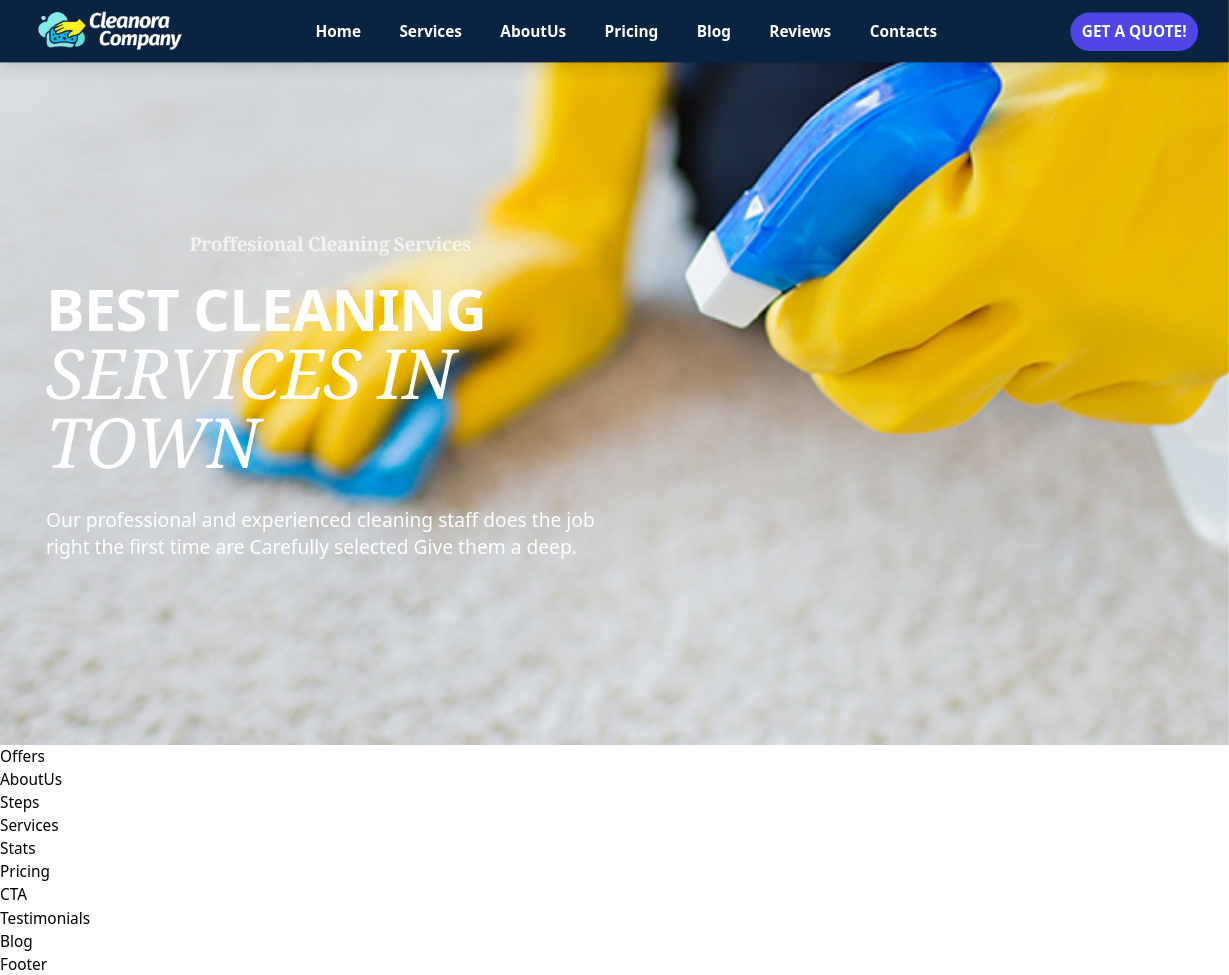
Repository: remydev47/cleonara
Page: /
An editor plug-in stored every save of this project. The page is shown before and after the next save, followed by the edit.
The browser window is 1280 px wide. The pictures show the whole page, at 96% of full size.
The project was rebuilt for these pictures with package versions that can differ from the ones it lists, and the page was loaded fresh each time. The framework's server and built-in components were replaced by stand-ins that run in the browser. Also part of the build but not shown: next.config.js.

Above is the page before, as saved 2022-11-01 12:40:47.

### pages/_app.tsx
import '../styles/globals.css'
import type { AppProps } from 'next/app'
import Header from '../components/Header'

function MyApp({ Component, pageProps }: AppProps) {
  return(
    <>
      <Header />
      <Component {...pageProps} />
    </>

  )
}

export default MyApp

### pages/index.tsx
import type { NextPage } from 'next'
import Head from 'next/head'
import Image from 'next/image'
import { AboutUs, CTA, Hero, Offers, Pricing, Services, Blog, Stats, Steps, Testimonials, Footer } from '../components'

const Home: NextPage = () => {
  return (
    <div className="">
      <Head>
        <title>CLEONARA</title>
        <link rel="icon" href="/favicon.ico" />
      </Head>
      <Hero/>
      <Offers />
      <AboutUs />
      <Steps />
      <Services />
      <Stats />
      <Pricing />
      <CTA />
      <Testimonials />
      <Blog />
      <Footer />
    </div>
  )
}

export default Home

### components/Header.tsx
import React from 'react';
import { navLinks } from '../constants';
import Menupopover from './Menupopover';
import Image from 'next/image';
import Logo from './Logo';
import { Button } from './Button';

const Header = () => {
  return (
    <header className="fixed inset-x-0 bg-[#092341] z-20 flex justify-between items-center py-2 px-2 shadow-lg dark:bg-slate-900 sm:py-3 sm:px-8">
            <div className='flex grow-0 basis-1/3 md:hidden'>
                <Menupopover />
            </div>

             <div className='flex grow-0 ml-2 justify-center md:justify-start'>
                <Logo />

            </div>


            <ul className="list-none sm:flex hidden justify-center items-center flex-1">
            {navLinks.map((nav, index) => (
                <li
                key={nav.id}
                className={`font-bold cursor-pointer text-[16px] hover:text-blue-400
                   ${index === navLinks.length - 1 ? 'mr-0' : 'mr-10'}
                  text-white `}
                >
                    <a>{nav.title}</a>
                </li>
            ))}
           </ul>

          <div>
            <Button variant='solid'>
              GET A QUOTE!
            </Button>
          </div>

        </header>
  )
}

export default Header

### components/index.ts
import Hero from "./Hero";
import Offers from "./Offers";
import AboutUs from "./AboutUs";
import Steps from "./Steps";
import Services from "./Services";
import Stats from "./Stats";
import Pricing from "./Pricing";
import CTA from "./CTA";
import Testimonials from "./Testimonials";
import Blog from "./Blog";
import Footer from "./Footer";

export {
    Hero, Offers, AboutUs, Steps, Services, Stats, Pricing, CTA, Testimonials, Blog, Footer
}

### constants/index.ts
export const navLinks=[
    {
        id:"home",
        title:"Home",
    },
    {
        id:"services",
        title:"Services",
    },
    {
        id:"AboutUs",
        title:"AboutUs",
    },
    {
        id:"pricing",
        title:"Pricing",
    },
    {
        id:"blog",
        title:"Blog",
    },
    {
        id:"reviews",
        title:"Reviews",
    },
    {
        id:"contacts",
        title:"Contacts",
    },
]

### components/Menupopover.tsx
import React, {useState, Fragment} from 'react';
import { navLinks } from '../constants';
import { IconButton, Button } from './Button';
import { Transition, Dialog } from '@headlessui/react';
import Logo from './Logo';
import Image from 'next/image';

const Menupopover = () => {
  const [isOpen, setIsOpen] = useState(false)

  return (
    <div>
    <IconButton
      variant='ghost'
      aria-label='menu'
      onClick={() => setIsOpen(!isOpen)}
    >
      <svg className='h-6 w-6 ' fill='none' stroke='currentColor'>
        <path
          strokeLinecap='round'
          strokeLinejoin='round'
          strokeWidth={2}
          d='M4 6h16M4 12h16M4 18h16'
        />
      </svg>
    </IconButton>
    <Transition
      show={isOpen}
      appear
      as={Fragment}
      enter='transform transition ease-in-out duration-300'
      enterFrom='-translate-x-full'
      enterTo='translate-x-0'
      leave='transform transition ease-in-out duration-300 delay-200'
      leaveFrom='translate-x-0'
      leaveTo='-translate-x-full'
     >
     <Dialog
       as='div'
       className={`fixed inset-0 z-50`}
       onClose={setIsOpen}
       open={isOpen}
       >
       <Transition.Child
         as={Fragment}
         enter='ease-out duration-300 delay-300'
         enterFrom='opacity-0'
         enterTo='opacity-100'
         leave='ease-in duration-200'
         leaveFrom='opacity-100'
         leaveTo='opacity-0'
       >

        <Dialog.Overlay
          className={`fixed inset-0 bg-black/20 backdrop-blur-sm dark:bg-gray-900/80`}
         />
      </Transition.Child>
       <div className={styles.dialogcontainer}>
        <a className='mx-auto mt-4 flex w-[140px] '>
          <Logo />
        </a>
        <ul
            className={styles.navWrapper2}
         >
            {navLinks.map((nav, index) => (
                <li
                 key={nav.id}
                 className={` font-bold cursor-pointer text-[16px]
                  mt-2 border-t border-slate-200 py-4 dark:border-slate-600
                  ${index === navLinks.length - 1 ? 'mr-0' : 'mb-4'}
                  text-white `}
                >
                 <a href={`#${nav.id}`}>
                    {nav.title}
                 </a>
                </li>
             ))}
         </ul>

        <IconButton
          variant='ghost'
          aria-label='close menu'
          className='absolute top-5 right-5'
          onClick={() => setIsOpen(false)}
        >
          <svg
            viewBox='0 0 10 10'
            className='h-2.5 w-2.5 overflow-visible'
            aria-hidden='true'
          >
            <path
                d='M0 0L10 10M10 0L0 10'
                fill='none'
                stroke='currentColor'
                strokeWidth='2'
                strokeLinecap='round'
              />
          </svg>
        </IconButton>
       </div>
     </Dialog>
    </Transition>
  </div>
  )
}

export default Menupopover;

const styles ={
  dialogcontainer:`fixed top-0 bottom-0 left-0 w-full max-w-xs rounded-r-xl bg-[#092341] p-6 shadow-lg dark:bg-gray-800`,
  menuitems:`group relative flex h-9 items-center oveflow-hidden rounded-md hover:bg-slate-200/50`,
  navWrapper2:`list-none flex flex-col justify-end items-center flex-1`,
}

### components/Logo.tsx
import React from 'react'
import Image from 'next/image'

const Logo = () => {
  return (
    <div>
        <Image
          src='/images/logo.png'
          alt='Cleonara'
          height={80}
          width={150}
        />
    </div>
  )
}

export default Logo

### components/Button/index.tsx
import React, { forwardRef } from "react";
//import { __DEV__ } from "../../utils/assertions";

type BaseButtonProps = Omit<React.HTMLProps<HTMLButtonElement>, "size">;

/* === Button Element === */

export interface ButtonProps extends BaseButtonProps {
  children: React.ReactNode;
  fullWidth?: boolean;
  className?: string;
  variant?: "solid" | "outline" | "ghost";
  size?: "sm" | "md" | "lg";
  as?: string;
  isExternal?: boolean;
  type?: "button" | "submit" | "reset";
}

export const Button = forwardRef<HTMLButtonElement, ButtonProps>(
  (
    {
      children,
      variant = "solid",
      size = "md",
      fullWidth = false,
      className,
      as = "button",
      isExternal = false,
      ...rest
    },
    ref
  ) => {
    let tempClassNames: string[] = [];

    const sharedClasses = [
      "capitalize",
      "focus:outline-none",
      "focus:ring-2",
      "focus:ring-indigo-400",
      "focus:ring-offset-2",
      "focus:ring-offset-indigo-50",
      "font-semibold",
      "rounded-full",
      "inline-flex",
      "flex-shrink-0",
      "items-center",
      "justify-center",
      "transition-colors",
      "ease-in-out",
      "duration-500",
    ];

    if (fullWidth) sharedClasses.push("w-full");

    // handle variants
    let btnSolid = ["bg-indigo-600", "hover:bg-indigo-700", "text-white"];
    let btnOutline = [
      "dark:text-white",
      "hover:text-indigo-700",
      "hover:dark:text-indigo-700",
      "bg-transparent",
      "hover:bg-indigo-50",
      "border",
      "border-indigo-600",
    ];
    let btnGhost = [
      "bg-transparent",
      "dark:text-white",
      "hover:bg-indigo-50",
      "hover:text-indigo-700",
      "hover:dark:text-indigo-700",
    ];

    if (variant === "solid") {
      tempClassNames = [...sharedClasses, ...btnSolid];
    } else if (variant === "outline") {
      tempClassNames = [...sharedClasses, ...btnOutline];
    } else if (variant === "ghost") {
      tempClassNames = [...sharedClasses, ...btnGhost];
    }

    // handle sizes
    let sizeSm = ["h-8", "px-2", "text-sm"];
    let sizeMd = ["h-10", "px-3"];
    let sizeLg = ["h-12", "px-4", "text-lg"];

    if (size === "sm") {
      tempClassNames = [...tempClassNames, ...sizeSm];
    } else if (size === "md") {
      tempClassNames = [...tempClassNames, ...sizeMd];
    } else if (size === "lg") {
      tempClassNames = [...tempClassNames, ...sizeLg];
    }

    let classes = tempClassNames.join(" ");

    let Element = as ? (
      React.createElement(
        as,
        {
          className: `${classes} ${className}`,
          target: isExternal ? "_blank" : undefined,
          rel: isExternal ? "noopener noreferrer" : undefined,
          ref,
          ...rest,
        },
        children
      )
    ) : (
      <button {...rest} className={`${classes} ${className}`} ref={ref}>
        {children}
      </button>
    );

    return Element;
  }
);

// if (__DEV__) {
//   Button.displayName = "Button";
// }

/* === IconButton Element === */

export interface IconButtonProps extends ButtonProps {
  icon?: React.ReactElement;
  "aria-label": string;
}

export const IconButton = forwardRef<HTMLButtonElement, IconButtonProps>(
  (
    {
      children,
      icon,
      className,
      "aria-label": ariaLabel,
      size = "md",
      ...rest
    },
    ref
  ) => {
    let sharedClasses = ["rounded-full", "!px-0"];

    // handle sizes
    let sizeSm = ["w-8"];
    let sizeMd = ["w-10"];
    let sizeLg = ["w-12"];

    if (size === "sm") {
      sharedClasses = [...sharedClasses, ...sizeSm];
    } else if (size === "md") {
      sharedClasses = [...sharedClasses, ...sizeMd];
    } else if (size === "lg") {
      sharedClasses = [...sharedClasses, ...sizeLg];
    }

    /**
     * Passing the icon as prop or children should work
     */
    const element = icon || children;
    const _children = React.isValidElement(element)
      ? React.cloneElement(element as any, {
          "aria-hidden": true,
          focusable: false,
        })
      : null;

    let classes = sharedClasses.join(" ");
    return (
      <Button
        className={`${classes} ${className}`}
        aria-label={ariaLabel}
        size={size}
        {...rest}
        ref={ref}
      >
        {_children}
      </Button>
    );
  }
)

### components/Hero.tsx
import React from 'react'

const Hero = () => {
  return (
    <section className='relative pt-48 pb-12 xl:pt-60 sm:pb-16 lg:pb-32 xl:pb-48 2xl:pb-56'>
    <div className="absolute inset-0">
     <img className="object-cover w-full h-full" src="/images/7.jpg" alt="" />
    </div>
   <div className='relative'>
    <div className="px-6 mx-auto sm:px-8 lg:px-12 max-w-7xl">
      <div className="w-full lg:w-2/3 xl:w-1/2">
        <h1 className="font-serif text-xl font-bold tracking-tight text-white text-opacity-70 text-center">Proffesional Cleaning Services</h1>
        <p className="mt-6 tracking-tighter text-white">
          <span className="font-sans font-bold text-6xl">BEST CLEANING </span><br />
          <span className="font-serif italic font-BOLD text-7xl">SERVICES IN TOWN</span>
        </p>
        <p className="mt-8 font-erif text-xl font-normal text-white">
         Our professional and experienced cleaning staff does the job right the first time are Carefully selected Give them a deep.
        </p>
      </div>
    </div>
   </div>
  </section>
  )
}

export default Hero

### components/Steps.tsx
import React from 'react'

const Steps = () => {
  return (
    <div>Steps</div>
  )
}

export default Steps

Loaded but not shown: styles/globals.css (common file); components/Offers.tsx (common file); components/AboutUs.tsx (common file); components/Services.tsx (common file); components/Stats.tsx (common file); components/Pricing.tsx (common file); components/CTA.tsx (common file); components/Testimonials.tsx (common file); components/Blog.tsx (common file); components/Footer.tsx (common file); tailwind.config.js (common file)

After the next save:
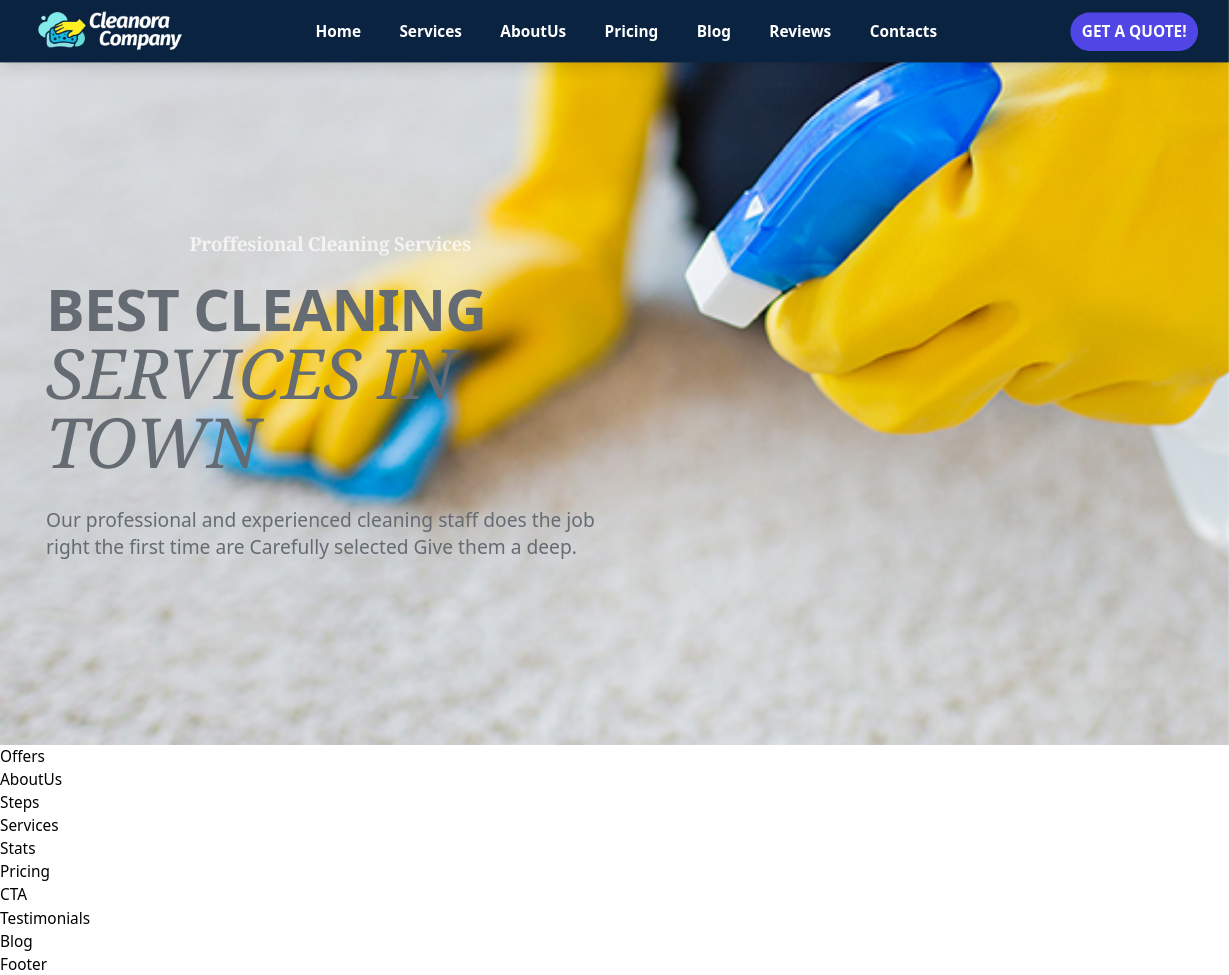
Saved 68 s later.
--- a/components/Hero.tsx
+++ b/components/Hero.tsx
@@ -10,11 +10,11 @@ const Hero = () => {
     <div className="px-6 mx-auto sm:px-8 lg:px-12 max-w-7xl">
       <div className="w-full lg:w-2/3 xl:w-1/2">
         <h1 className="font-serif text-xl font-bold tracking-tight text-white text-opacity-70 text-center">Proffesional Cleaning Services</h1>
-        <p className="mt-6 tracking-tighter text-white">
+        <p className="mt-6 tracking-tighter text-[#656b72]">
           <span className="font-sans font-bold text-6xl">BEST CLEANING </span><br />
           <span className="font-serif italic font-BOLD text-7xl">SERVICES IN TOWN</span>
         </p>
-        <p className="mt-8 font-erif text-xl font-normal text-white">
+        <p className="mt-8 font-erif text-xl font-normal text-[#656b72]">
          Our professional and experienced cleaning staff does the job right the first time are Carefully selected Give them a deep.
         </p>
       </div>
